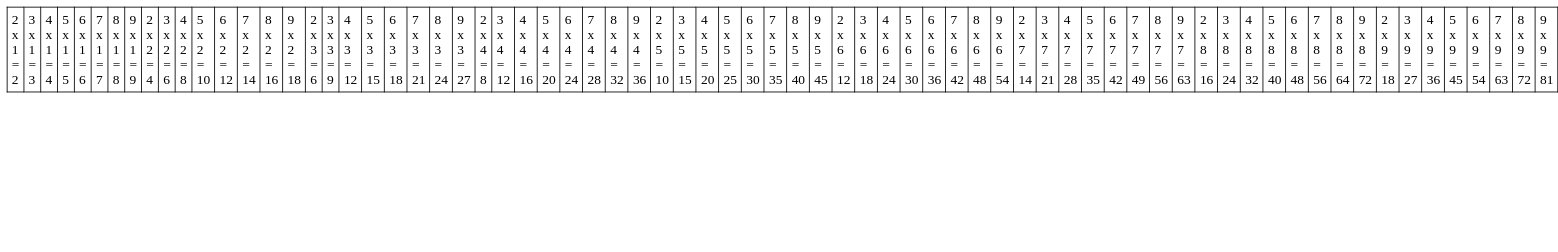
Repository: 5anniversary/JSPhw
Page: http://localhost/lecture1/gugu2.jsp
An editor plug-in stored every save of this project. The page is shown before and after the next save, followed by the edit.
The browser window is 1280 px wide. The page is 1855 px wide, then 1280 px, so the pictures cover 1855 px, including what lies to the right of the window. The pictures show the whole page, at 84% of full size.
The page is served by Tomcat 9. Other server files are loaded and not shown.

Above is the page before, as saved 2020-04-11 12:09:55.

### lecture1/WebContent/gugu2.jsp
<%@ page language="java" contentType="text/html; charset=UTF-8"
	pageEncoding="UTF-8"%>
<!DOCTYPE html>
<html>
<style>
table {
	border: 1px solid;
	border-collapse: collapse;
}
tr, td {
	border: 1px solid;
	padding: 5px;
}
</style>
<head>
<meta charset="UTF-8">
<title>Insert title here</title>
</head>
<body>
<table>
	<%
		for (int i = 1; i < 10; i++) {
			for (int j = 2; j < 10; j++) {
				out.println(
					"<td>"+ j + " x " + i + " = " + (i * j) + "</td>"
				);
			}
		}
	%>
</table>
</body>
</html>

After the next save:
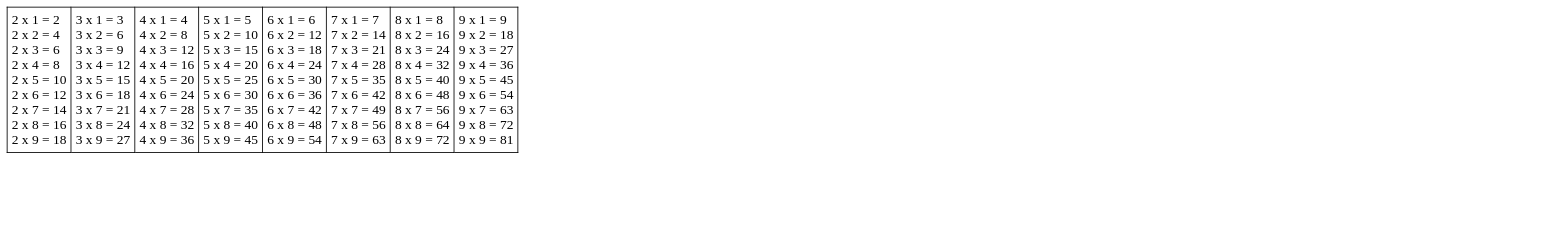
Saved 2 min 47 s later.
--- a/lecture1/WebContent/gugu2.jsp
+++ b/lecture1/WebContent/gugu2.jsp
@@ -17,16 +17,16 @@
 <title>Insert title here</title>
 </head>
 <body>
-<table>
-	<%
-		for (int i = 1; i < 10; i++) {
-			for (int j = 2; j < 10; j++) {
-				out.println(
-					"<td>"+ j + " x " + i + " = " + (i * j) + "</td>"
-				);
-			}
-		}
-	%>
-</table>
+	<table>
+		<tr>
+			<% for (int i = 2; i < 10; i++) { %>
+				<td>
+					<% for (int j = 1; j < 10; j++) { %>
+						<%= i %> x <%= j %> = <%= i * j %><br />
+					<% } %>
+				</td>
+			<% } %>
+		</tr>
+	</table>
 </body>
 </html>
